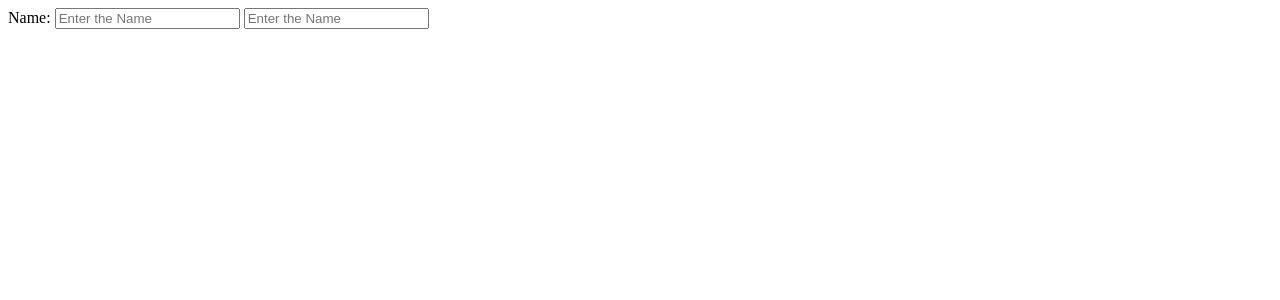
Repository: RishabhUmredkar/Adv-Java
Page: Form/src/main/webapp/index.html
The author's editor kept a copy of each file at every save. The page is drawn from the files as they stood at one save, then again after the next save.
The browser window is 1280 px wide. The pictures show the whole page.

Above is the page before, as saved 2024-12-31 12:45:56.

After the next save:
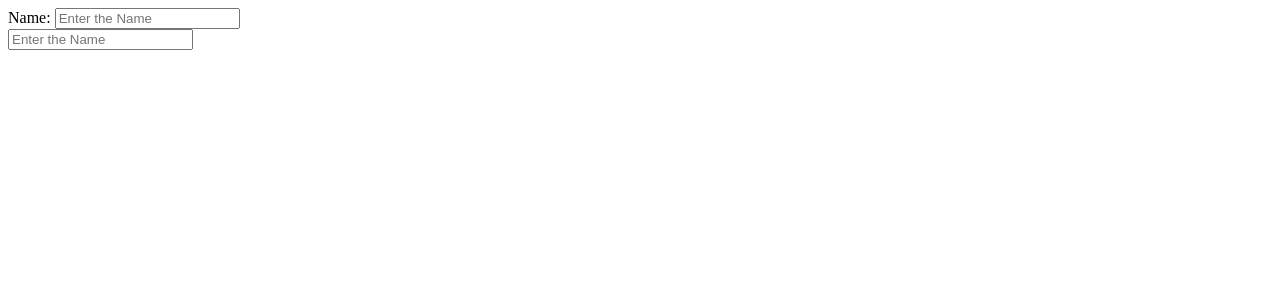
Saved 5 s later.
--- a/Form/src/main/webapp/index.html
+++ b/Form/src/main/webapp/index.html
@@ -7,7 +7,7 @@
 <body>
 
 <form action="reg">
-Name: <input type="text" placeholder="Enter the Name" name ="userName">
+Name: <input type="text" placeholder="Enter the Name" name ="userName"><br>
 <input type="text" placeholder="Enter the Name" name ="phno">
 
 </form>
